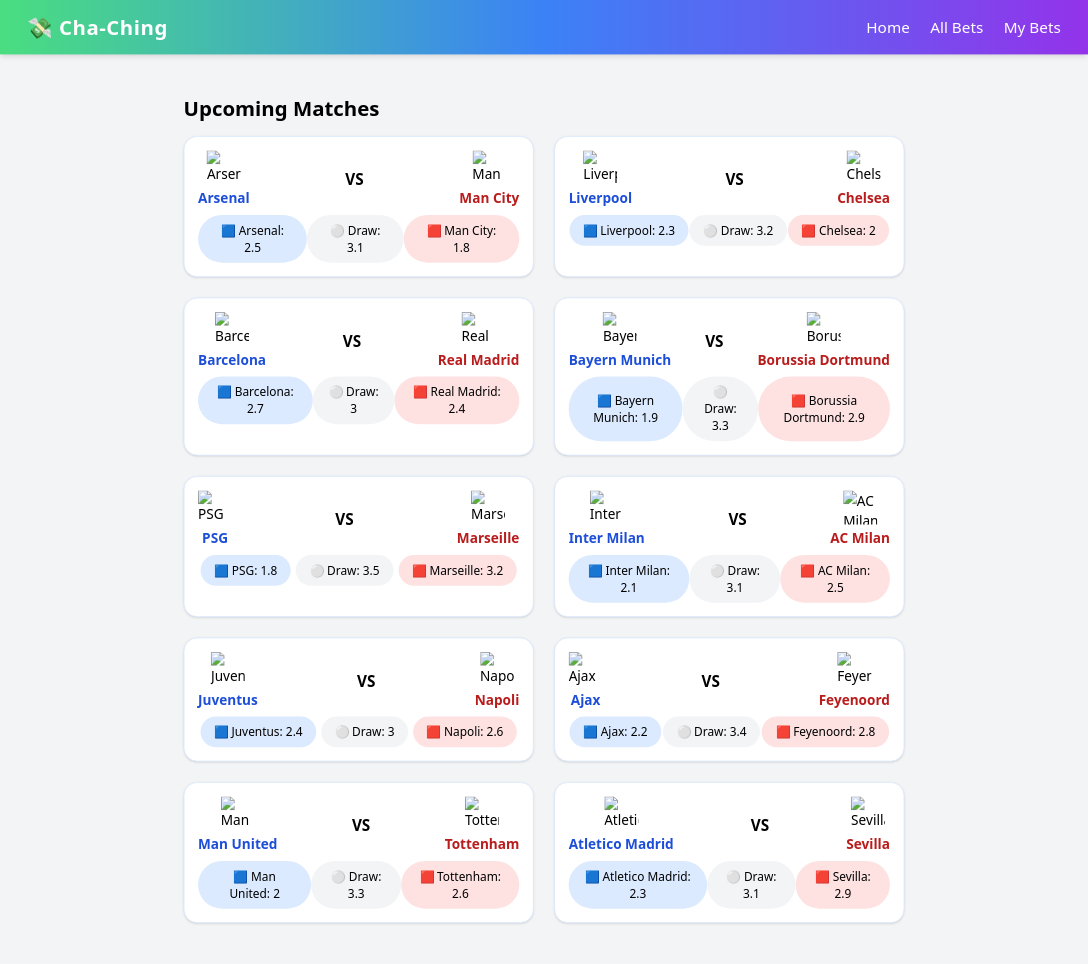
Repository: PEEZYBEE/cha-ching
Page: /bets
The author's editor kept a copy of each file at every save. The page is drawn from the files as they stood at one save, then again after a run of saves.
The browser window is 1280 px wide. The pictures show the whole page, at 85% of full size.
Pictures or frames that could not be fetched are drawn as grey boxes. The project was rebuilt for these pictures with package versions that can differ from the ones it lists, and the page was loaded fresh each time. Requests to the local data server were answered from the project's data file. Also part of the build but not shown: vite.config.js, src/pages/HomePage.jsx, src/components/BetForm.jsx, src/pages/MyBetsPage.jsx, src/pages/ResultsPage.jsx.

Above is the page before, as saved 2025-04-20 03:25:05.

### index.html
<!doctype html>
<html lang="en">
  <head>
    <meta charset="UTF-8" />
    <link rel="icon" type="image/svg+xml" href="https://i.pinimg.com/236x/50/70/9f/50709f03061276eef65dc2b662e76530.jpg" />
    <meta name="viewport" content="width=device-width, initial-scale=1.0" />
    <title>cha-ching</title>
  </head>
  <body>
    <div id="root"></div>
    <script type="module" src="/src/main.jsx"></script>
  </body>
</html>

### src/main.jsx
import { StrictMode } from "react"
import { createRoot } from "react-dom/client"
import { BrowserRouter } from "react-router-dom"
import App from "./App"
import "./index.css"

createRoot(document.getElementById("root")).render(
  <StrictMode>
    <BrowserRouter>
      <App />
    </BrowserRouter>
  </StrictMode>
)

### src/App.jsx
import { useState } from "react";
import { Routes, Route } from "react-router-dom";
import Navbar from "./components/Navbar";
import HomePage from "./pages/HomePage";
import BetsPage from "./pages/BetsPage";
import MyBetsPage from "./pages/MyBetsPage";
import ResultsPage from "./pages/ResultsPage";
import { ToastContainer } from "react-toastify";
import "react-toastify/dist/ReactToastify.css";


export default function App() {
  const [myBets, setMyBets] = useState([]);

  function handlePlaceBet(bet) {
    setMyBets((prevBets) => [...prevBets, bet]);
  }

  return (
    <div className="min-h-screen bg-gray-100">
      <Navbar />
      <div className="p-6">
        <Routes>
          <Route path="/" element={<HomePage />} />
          <Route path="/bets" element={<BetsPage onPlaceBet={handlePlaceBet} />} />
          <Route path="/my-bets" element={<MyBetsPage myBets={myBets} />} />
          <Route path="/results" element={<ResultsPage />} />
        </Routes>
        <ToastContainer position="top-right" autoClose={3000} />
      </div>
    </div>
  );
}

### src/components/Navbar.jsx
import { Link } from "react-router-dom";
import { motion } from "framer-motion";

export default function Navbar() {
  return (
    <motion.nav
      initial={{ y: -80 }}
      animate={{ y: 0 }}
      transition={{ type: "spring", stiffness: 80 }}
      className="sticky top-0 z-50 bg-gradient-to-r from-green-400 via-blue-500 to-purple-600 backdrop-blur-sm bg-opacity-80 shadow-md"
    >
      <div className="max-w-7xl mx-auto px-4 sm:px-6 lg:px-8 py-4 flex items-center justify-between text-white">
        {/* Logo */}
        <motion.div
          initial={{ rotate: -10 }}
          animate={{ rotate: 0 }}
          transition={{ type: "spring", stiffness: 200 }}
          className="text-2xl font-extrabold tracking-wide"
        >
          💸 Cha-Ching
        </motion.div>

        {/* Links */}
        <div className="flex space-x-6 text-lg font-medium">
          <NavItem to="/" text="Home" />
          <NavItem to="/bets" text="All Bets" />
          <NavItem to="/my-bets" text="My Bets" />
        </div>
      </div>
    </motion.nav>
  );
}

function NavItem({ to, text }) {
  return (
    <motion.div
      whileHover={{ scale: 1.1 }}
      whileTap={{ scale: 0.95 }}
      className="transition-all duration-200"
    >
      <Link
        to={to}
        className="hover:text-yellow-300 hover:underline underline-offset-4"
      >
        {text}
      </Link>
    </motion.div>
  );
}

### src/pages/BetsPage.jsx
import { useEffect, useState } from "react";
import MatchCardFixed from "../components/MatchCardFixed";
import BetForm from "../components/BetForm";

export default function BetsPage() {
  const [games, setGames] = useState([]);
  const [selectedGame, setSelectedGame] = useState(null);

  useEffect(() => {
    fetch("http://localhost:3000/games")
      .then((res) => res.json())
      .then((data) => {
        console.log("Fetched games:", data);
        setGames(data);
      })
      .catch((err) => console.error("Error fetching games:", err));
  }, []);

  function handlePlaceBet(game) {
    setSelectedGame(game);
  }

  function handleSubmitBet(newBet) {
    fetch("http://localhost:3000/bets", {
      method: "POST",
      headers: {
        "Content-Type": "application/json",
      },
      body: JSON.stringify(newBet),
    })
      .then((res) => res.json())
      .then((data) => {
        console.log("Bet submitted:", data);
        setSelectedGame(null);
        alert("Bet placed!");
      })
      .catch((err) => console.error("Error placing bet:", err));
  }

  return (
    <div className="p-6 max-w-4xl mx-auto">
      <h2 className="text-2xl font-bold mb-4">Upcoming Matches</h2>

      {selectedGame && (
        <BetForm game={selectedGame} onSubmitBet={handleSubmitBet} />
      )}

      {games.length === 0 ? (
        <p>Loading games...</p>
      ) : (
        <div className="grid gap-6 sm:grid-cols-1 md:grid-cols-2 lg:grid-cols-2">
          {games.map((game) => (
            <MatchCardFixed
              key={game.id}
              match={game}
              onPlaceBet={handlePlaceBet}
            />
          ))}
        </div>
      )}
    </div>
  );
}

### src/components/MatchCardFixed.jsx
export default function MatchCardFixed({ match, onPlaceBet }) {
  const {
    homeTeam,
    awayTeam,
    homeOdds,
    awayOdds,
    drawOdds,
    homeLogo,
    awayLogo
  } = match;

  return (
    <div className="bg-white rounded-2xl shadow p-4 border border-blue-100 hover:scale-[1.01] transition-all">
      <div className="flex justify-between items-center mb-2">
        <div className="flex flex-col items-center">
          <img src={homeLogo} alt={homeTeam} className="w-10 h-10 mb-1" />
          <span className="text-blue-700 font-semibold">{homeTeam}</span>
        </div>
        <span className="text-lg font-bold">VS</span>
        <div className="flex flex-col items-center">
          <img src={awayLogo} alt={awayTeam} className="w-10 h-10 mb-1" />
          <span className="text-red-700 font-semibold">{awayTeam}</span>
        </div>
      </div>

      <div className="flex justify-around text-sm">
        <button
          className="bg-blue-100 hover:bg-blue-200 px-4 py-2 rounded-full"
          onClick={() =>
            onPlaceBet({
              ...match,
              betOn: homeTeam,
              odds: homeOdds
            })
          }
        >
          🟦 {homeTeam}: {homeOdds ?? "N/A"}
        </button>
        <button
          className="bg-gray-100 hover:bg-gray-200 px-4 py-2 rounded-full"
          onClick={() =>
            onPlaceBet({
              ...match,
              betOn: "Draw",
              odds: drawOdds
            })
          }
        >
          ⚪ Draw: {drawOdds ?? "N/A"}
        </button>
        <button
          className="bg-red-100 hover:bg-red-200 px-4 py-2 rounded-full"
          onClick={() =>
            onPlaceBet({
              ...match,
              betOn: awayTeam,
              odds: awayOdds
            })
          }
        >
          🟥 {awayTeam}: {awayOdds ?? "N/A"}
        </button>
      </div>
    </div>
  );
}

### db.json
{
  "games": [
    {
      "id": "1",
      "homeTeam": "Arsenal",
      "homeTeamLogo": "https://upload.wikimedia.org/wikipedia/en/5/53/Arsenal_FC.svg",
      "awayTeam": "Man City",
      "awayTeamLogo": "https://upload.wikimedia.org/wikipedia/en/e/eb/Manchester_City_FC_badge.svg",
      "homeOdds": 2.5,
      "awayOdds": 1.8,
      "drawOdds": 3.1,
      "result": "away"
    },
    {
      "id": "2",
      "homeTeam": "Liverpool",
      "homeTeamLogo": "https://upload.wikimedia.org/wikipedia/en/0/0c/Liverpool_FC.svg",
      "awayTeam": "Chelsea",
      "awayTeamLogo": "https://upload.wikimedia.org/wikipedia/en/c/cc/Chelsea_FC.svg",
      "homeOdds": 2.3,
      "awayOdds": 2,
      "drawOdds": 3.2,
      "result": null
    },
    {
      "id": "3",
      "homeTeam": "Barcelona",
      "homeTeamLogo": "https://upload.wikimedia.org/wikipedia/en/4/47/FC_Barcelona_%28crest%29.svg",
      "awayTeam": "Real Madrid",
      "awayTeamLogo": "https://upload.wikimedia.org/wikipedia/en/5/56/Real_Madrid_CF.svg",
      "homeOdds": 2.7,
      "awayOdds": 2.4,
      "drawOdds": 3,
      "result": "away"
    },
    {
      "id": "4",
      "homeTeam": "Bayern Munich",
      "homeTeamLogo": "https://upload.wikimedia.org/wikipedia/en/1/1f/FC_Bayern_M\u00fcnchen_logo_%282017%29.svg",
      "awayTeam": "Borussia Dortmund",
      "awayTeamLogo": "https://upload.wikimedia.org/wikipedia/commons/6/67/Borussia_Dortmund_logo.svg",
      "homeOdds": 1.9,
      "awayOdds": 2.9,
      "drawOdds": 3.3,
      "result": "draw"
    },
    {
      "id": "5",
      "homeTeam": "PSG",
      "homeTeamLogo": "https://upload.wikimedia.org/wikipedia/en/a/a7/Paris_Saint-Germain_F.C..svg",
      "awayTeam": "Marseille",
      "awayTeamLogo": "https://upload.wikimedia.org/wikipedia/en/f/fd/Olympique_Marseille_logo.svg",
      "homeOdds": 1.8,
      "awayOdds": 3.2,
      "drawOdds": 3.5,
      "result": "home"
    },
    {
      "id": "6",
      "homeTeam": "Inter Milan",
      "homeTeamLogo": "https://upload.wikimedia.org/wikipedia/en/0/05/FC_Internazionale_Milano_2021.svg",
      "awayTeam": "AC Milan",
      "awayTeamLogo": "https://upload.wikimedia.org/wikipedia/commons/d/d0/Logo_of_AC_Milan.svg",
      "homeOdds": 2.1,
      "awayOdds": 2.5,
      "drawOdds": 3.1,
      "result": null
    },
    {
      "id": "7",
      "homeTeam": "Juventus",
      "homeTeamLogo": "https://upload.wikimedia.org/wikipedia/commons/1/15/Juventus_FC_2017_logo.svg",
      "awayTeam": "Napoli",
      "awayTeamLogo": "https://upload.wikimedia.org/wikipedia/commons/2/2d/SSC_Napoli.svg",
      "homeOdds": 2.4,
      "awayOdds": 2.6,
      "drawOdds": 3,
      "result": null
    },
    {
      "id": "8",
      "homeTeam": "Ajax",
      "homeTeamLogo": "https://upload.wikimedia.org/wikipedia/en/7/79/Ajax_Amsterdam.svg",
      "awayTeam": "Feyenoord",
      "awayTeamLogo": "https://upload.wikimedia.org/wikipedia/en/2/2e/Feyenoord_Logo.svg",
      "homeOdds": 2.2,
      "awayOdds": 2.8,
      "drawOdds": 3.4,
      "result": null
    },
    {
      "id": "9",
      "homeTeam": "Man United",
      "homeTeamLogo": "https://upload.wikimedia.org/wikipedia/en/7/7a/Manchester_United_FC_crest.svg",
      "awayTeam": "Tottenham",
      "awayTeamLogo": "https://upload.wikimedia.org/wikipedia/en/b/b4/Tottenham_Hotspur.svg",
      "homeOdds": 2,
      "awayOdds": 2.6,
      "drawOdds": 3.3,
      "result": null
    },
    {
      "id": "10",
      "homeTeam": "Atletico Madrid",
      "homeTeamLogo": "https://upload.wikimedia.org/wikipedia/en/f/f4/Atletico_Madrid_2017_logo.svg",
      "awayTeam": "Sevilla",
      "awayTeamLogo": "https://upload.wikimedia.org/wikipedia/en/3/3c/Sevilla_CF_logo.svg",
      "homeOdds": 2.3,
      "awayOdds": 2.9,
      "drawOdds": 3.1,
      "result": null
    }
  ],
  "bets": [
    {
      "id": "727e",
      "gameId": "1",
      "match": "Arsenal vs Man City",
      "betOn": "Arsenal",
      "amount": 51,
      "odds": 2.5,
      "status": "lost"
    },
    {
      "id": "1ee1",
      "gameId": "2",
      "match": "Liverpool vs Chelsea",
      "betOn": "Chelsea",
      "amount": 61,
      "odds": 2,
      "status": "pending"
    },
    {
      "id": "9ded",
      "gameId": "1",
      "match": "Arsenal vs Man City",
      "betOn": "Arsenal",
      "amount": 55,
      "odds": 2.5,
      "status": "pending"
    },
    {
      "id": "e4a4",
      "gameId": "4",
      "match": "Bayern Munich vs Borussia Dortmund",
      "betOn": "Draw",
      "amount": 10,
      "odds": 3.3,
      "status": "won",
      "notified": true
    },
    {
      "id": "a130",
      "gameId": "5",
      "match": "PSG vs Marseille",
      "betOn": "PSG",
      "amount": 70,
      "odds": 1.8,
      "status": "won",
      "notified": true
    }
  ]
}

Loaded but not shown: src/index.css (common file); tailwind.config.js (common file)

After the next 2 saves:
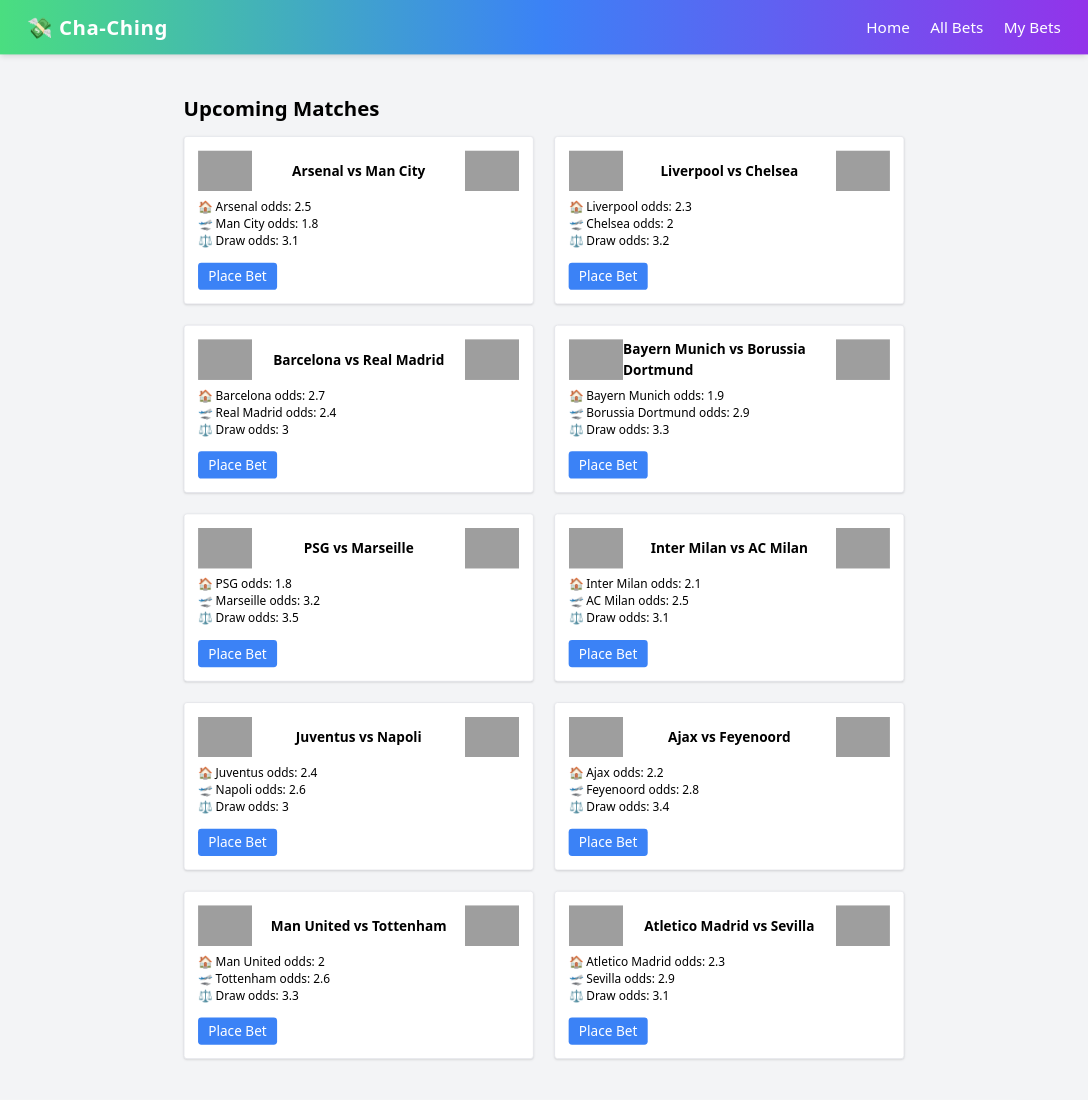
The 2 saves are shown as one change because they came seconds apart.
The last was saved 14 s later.
--- a/src/components/MatchCardFixed.jsx
+++ b/src/components/MatchCardFixed.jsx
@@ -1,66 +1,22 @@
 export default function MatchCardFixed({ match, onPlaceBet }) {
-  const {
-    homeTeam,
-    awayTeam,
-    homeOdds,
-    awayOdds,
-    drawOdds,
-    homeLogo,
-    awayLogo
-  } = match;
-
   return (
-    <div className="bg-white rounded-2xl shadow p-4 border border-blue-100 hover:scale-[1.01] transition-all">
-      <div className="flex justify-between items-center mb-2">
-        <div className="flex flex-col items-center">
-          <img src={homeLogo} alt={homeTeam} className="w-10 h-10 mb-1" />
-          <span className="text-blue-700 font-semibold">{homeTeam}</span>
-        </div>
-        <span className="text-lg font-bold">VS</span>
-        <div className="flex flex-col items-center">
-          <img src={awayLogo} alt={awayTeam} className="w-10 h-10 mb-1" />
-          <span className="text-red-700 font-semibold">{awayTeam}</span>
-        </div>
+    <div className="border p-4 rounded shadow bg-white">
+      <div className="flex items-center justify-between mb-2">
+        <img src={match.homeTeamLogo} alt={match.homeTeam} className="h-12" />
+        <span className="font-semibold">{match.homeTeam} vs {match.awayTeam}</span>
+        <img src={match.awayTeamLogo} alt={match.awayTeam} className="h-12" />
       </div>
-
-      <div className="flex justify-around text-sm">
-        <button
-          className="bg-blue-100 hover:bg-blue-200 px-4 py-2 rounded-full"
-          onClick={() =>
-            onPlaceBet({
-              ...match,
-              betOn: homeTeam,
-              odds: homeOdds
-            })
-          }
-        >
-          🟦 {homeTeam}: {homeOdds ?? "N/A"}
-        </button>
-        <button
-          className="bg-gray-100 hover:bg-gray-200 px-4 py-2 rounded-full"
-          onClick={() =>
-            onPlaceBet({
-              ...match,
-              betOn: "Draw",
-              odds: drawOdds
-            })
-          }
-        >
-          ⚪ Draw: {drawOdds ?? "N/A"}
-        </button>
-        <button
-          className="bg-red-100 hover:bg-red-200 px-4 py-2 rounded-full"
-          onClick={() =>
-            onPlaceBet({
-              ...match,
-              betOn: awayTeam,
-              odds: awayOdds
-            })
-          }
-        >
-          🟥 {awayTeam}: {awayOdds ?? "N/A"}
-        </button>
+      <div className="text-sm mb-2">
+        <p>🏠 {match.homeTeam} odds: {match.homeOdds}</p>
+        <p>🛫 {match.awayTeam} odds: {match.awayOdds}</p>
+        <p>⚖️ Draw odds: {match.drawOdds}</p>
       </div>
+      <button
+        onClick={() => onPlaceBet(match)}
+        className="mt-2 bg-blue-500 hover:bg-blue-600 text-white py-1 px-3 rounded"
+      >
+        Place Bet
+      </button>
     </div>
   );
 }
